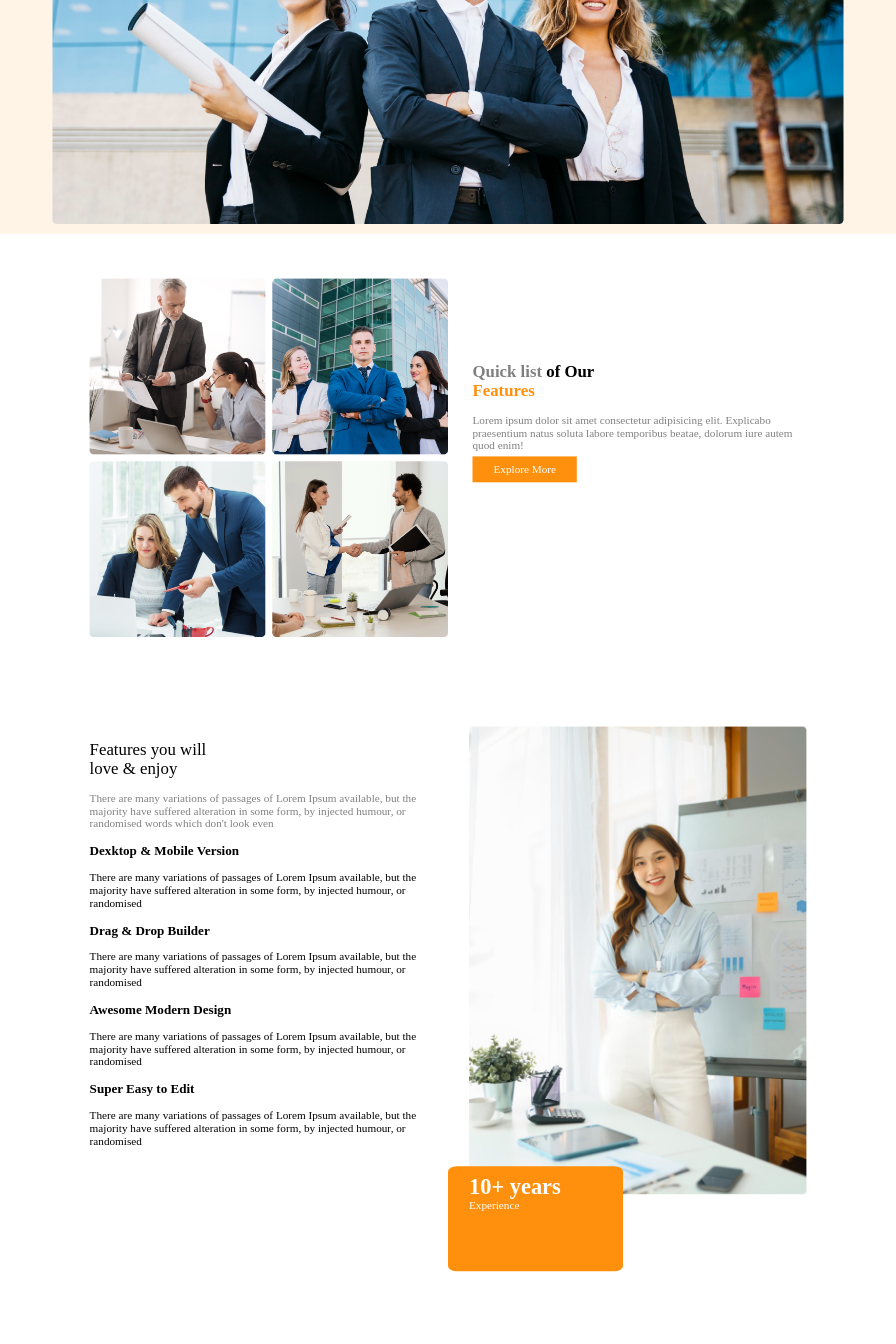
Repository: sadiaafsana138/Architect
Page: index.html
An editor plug-in stored every save of this project. The page is shown before and after the next save, followed by the edit.
The browser window is 1280 px wide. The pictures show the part of the page from y = 680 to 2600 px (the page is 2600 px tall), at 70% of full size.

Above is the page before, as saved 2023-01-16 17:04:27.

After the next save:
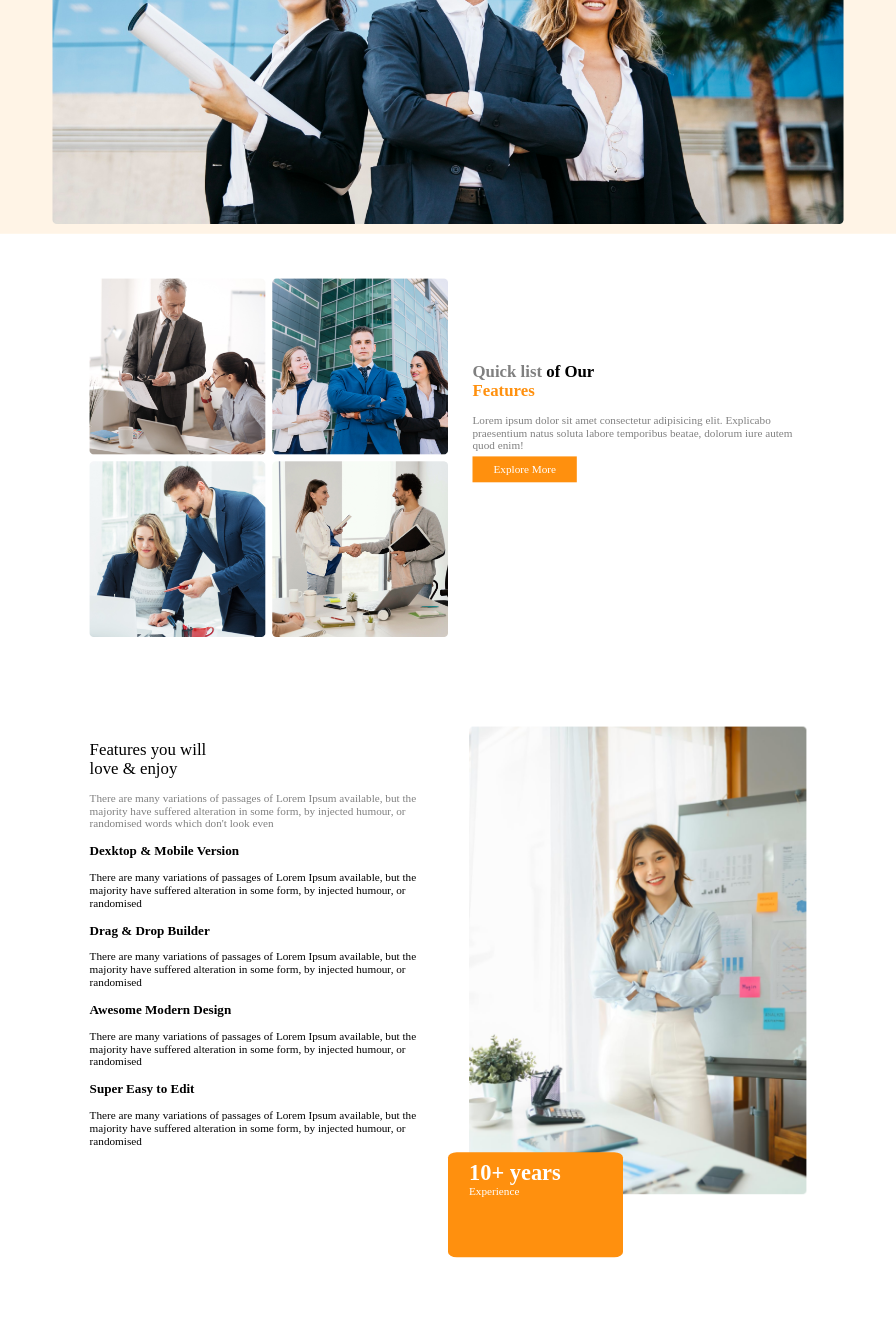
Saved 5 s later.
--- a/style.css
+++ b/style.css
@@ -55,7 +55,7 @@
   width:250px;
   border-radius: 5%;
   position:relative;
-  top: -40px;
+  top: -60px;
 
 }
 
